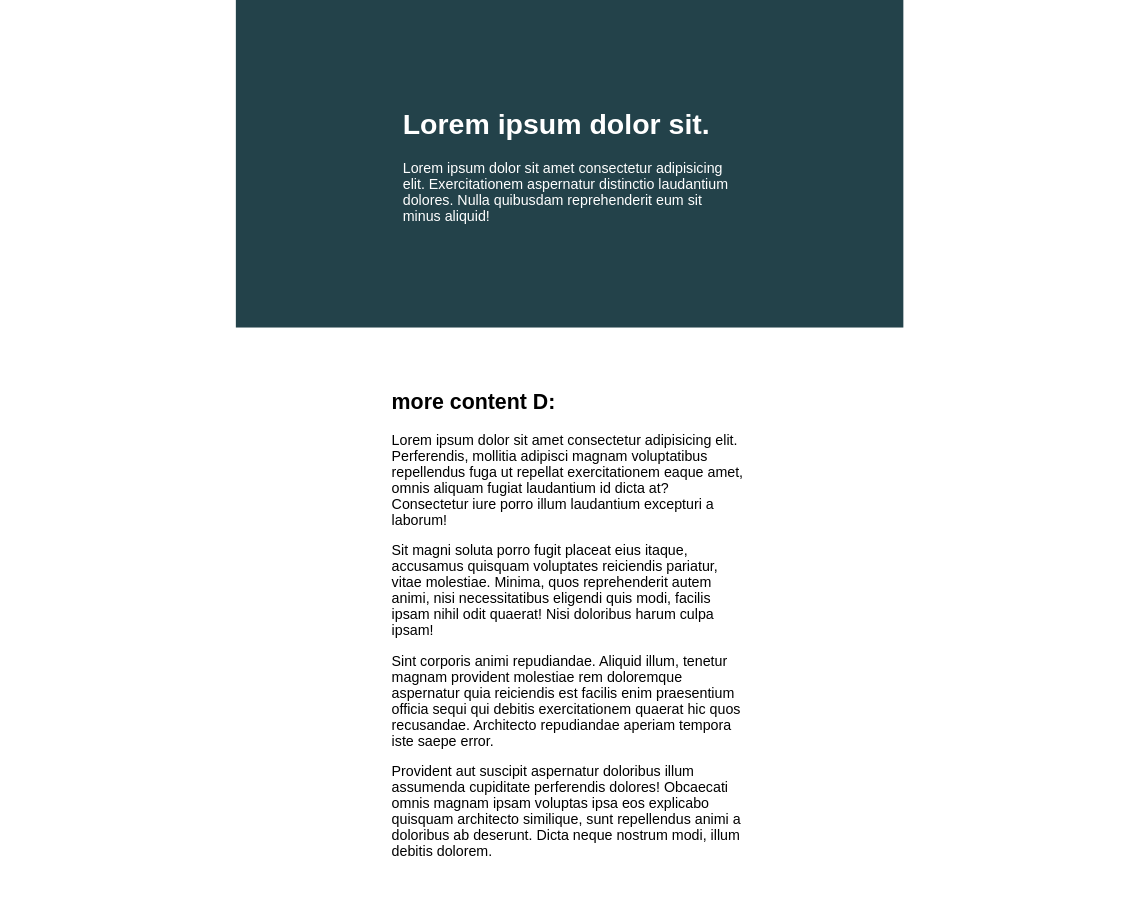
Repository: ufanodev/responsive-3
Page: index.html
An editor plug-in stored every save of this project. The page is shown before and after the next save, followed by the edit.
The browser window is 1280 px wide. The pictures show the whole page, at 89% of full size.

Above is the page before, as saved 2022-12-10 19:39:09.

### index.html
<!DOCTYPE html>
<html lang="en">
<head>
    <meta charset="UTF-8">
    <meta name="viewport" content="width=device-width, initial-scale=1.0">
    <title>KP Responsive Course</title>

    <link rel="stylesheet" href="style.css">
</head>
<body>

    <div class="container">
        <div class="intro-content">
            <h1>Lorem ipsum dolor sit.</h1>
            <p>Lorem ipsum dolor sit amet consectetur adipisicing elit. Exercitationem aspernatur distinctio laudantium dolores. Nulla quibusdam reprehenderit eum sit minus aliquid!</p>
        </div>
    </div>

    <div class ="intro-content">
        <h2>more content D:</h2>
            <p>Lorem ipsum dolor sit amet consectetur adipisicing elit. Perferendis, mollitia adipisci magnam voluptatibus repellendus fuga ut repellat exercitationem eaque amet, omnis aliquam fugiat laudantium id dicta at? Consectetur iure porro illum laudantium excepturi a laborum!</p>

            <p>Sit magni soluta porro fugit placeat eius itaque, accusamus quisquam voluptates reiciendis pariatur, vitae molestiae. Minima, quos reprehenderit autem animi, nisi necessitatibus eligendi quis modi, facilis ipsam nihil odit quaerat! Nisi doloribus harum culpa ipsam!</p>

            <p>Sint corporis animi repudiandae. Aliquid illum, tenetur magnam provident molestiae rem doloremque aspernatur quia reiciendis est facilis enim praesentium officia sequi qui debitis exercitationem quaerat hic quos recusandae. Architecto repudiandae aperiam tempora iste saepe error.</p>
            <p>Provident aut suscipit aspernatur doloribus illum assumenda cupiditate perferendis dolores! Obcaecati omnis magnam ipsam voluptas ipsa eos explicabo quisquam architecto similique, sunt repellendus animi a doloribus ab deserunt. Dicta neque nostrum modi, illum debitis dolorem.</p>
    </div>

</body>
</html>

### style.css
/* INSTRUCTIONS
 *
 * 1) Keep the text inside .intro-content
 *    in the same place, but have the background
 *    extend from one side of the viewport
 *    to the other, no matter how wide or narrow
 *    the browser is.
 *
 * 2) Limit the maximum width of the text in the
 *    bottom area.
 *
 * You may modify the HTML if needed
 * (you probably should for this challenge)
 *
 */

* {
  box-sizing: border-box;
}

body {
  margin: 0;
  font-family: sans-serif;
}

.container {
  width: 80%;
  max-width: 750px;
  margin: 0 auto;
  background: #23424a;
  color: white;
  padding: 50px 0;
}

.intro-content {
  width: 50%;
  max-width: 400px;
  margin: 0 auto;
  padding: 50px 0;
}

After the next save:
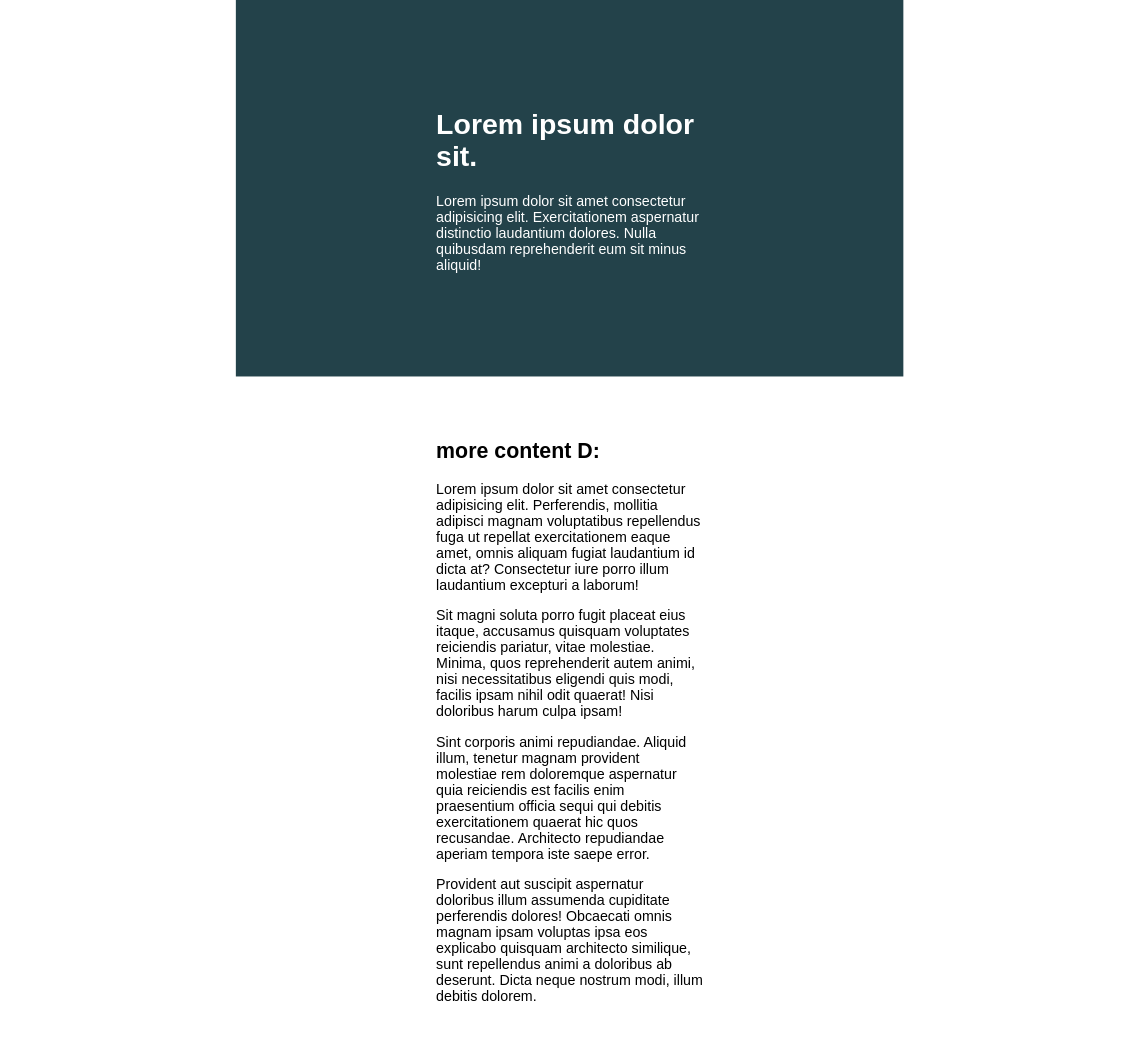
Saved 6 s later.
--- a/style.css
+++ b/style.css
@@ -34,7 +34,7 @@ body {
 
 .intro-content {
   width: 50%;
-  max-width: 400px;
+  max-width: 300px;
   margin: 0 auto;
   padding: 50px 0;
 }
